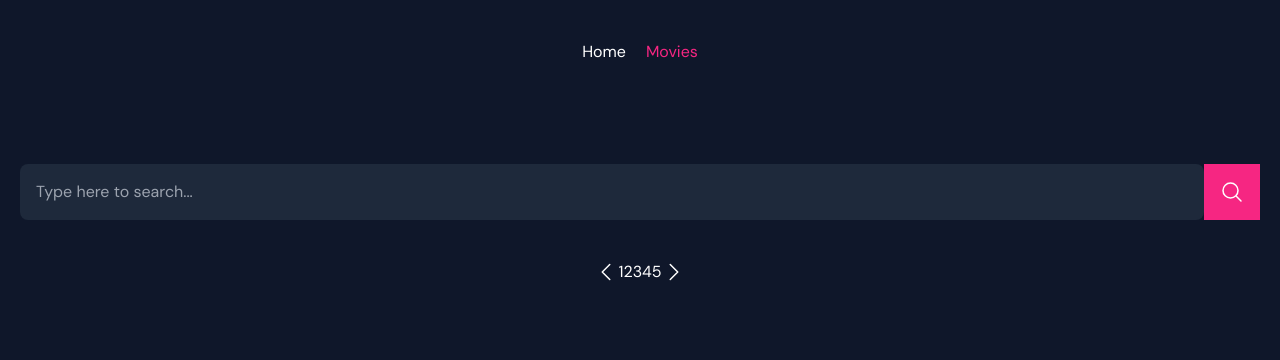
Repository: vophuocthanh/movies
Page: /movies
The author's editor kept a copy of each file at every save. The page is drawn from the files as they stood at one save, then again after the next save.
The browser window is 1280 px wide. The pictures show the whole page.
The page's requests for data from a server got no answer. The project was rebuilt for these pictures with package versions that can differ from the ones it lists, and the page was loaded fresh each time. No one was signed in, and anything a server would have sent is missing. Also part of the build but not shown: src/components/banner/Banner.jsx, src/pages/HomePage.jsx, src/components/movie/MovieCard.jsx, src/pages/MovieDetailsPage.jsx. Imported but missing from the stored project, and not drawn on this page: src/components/movie/MovieList.

Above is the page before, as saved 2022-12-05 21:52:35.

After the next save:
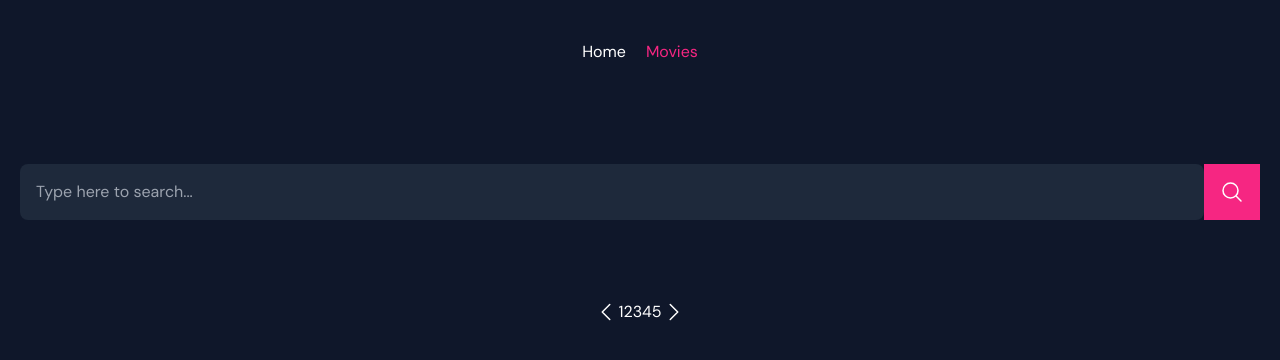
Saved 28 s later.
--- a/src/pages/MoviePage.jsx
+++ b/src/pages/MoviePage.jsx
@@ -68,7 +68,7 @@ const MoviePage = () => {
             <MovieCard key={item.id} item={item}></MovieCard>
           ))}
       </div>
-      <div className="flex items-center justify-center">
+      <div className="flex items-center justify-center mt-10">
         <span>
           <svg
             xmlns="http://www.w3.org/2000/svg"
